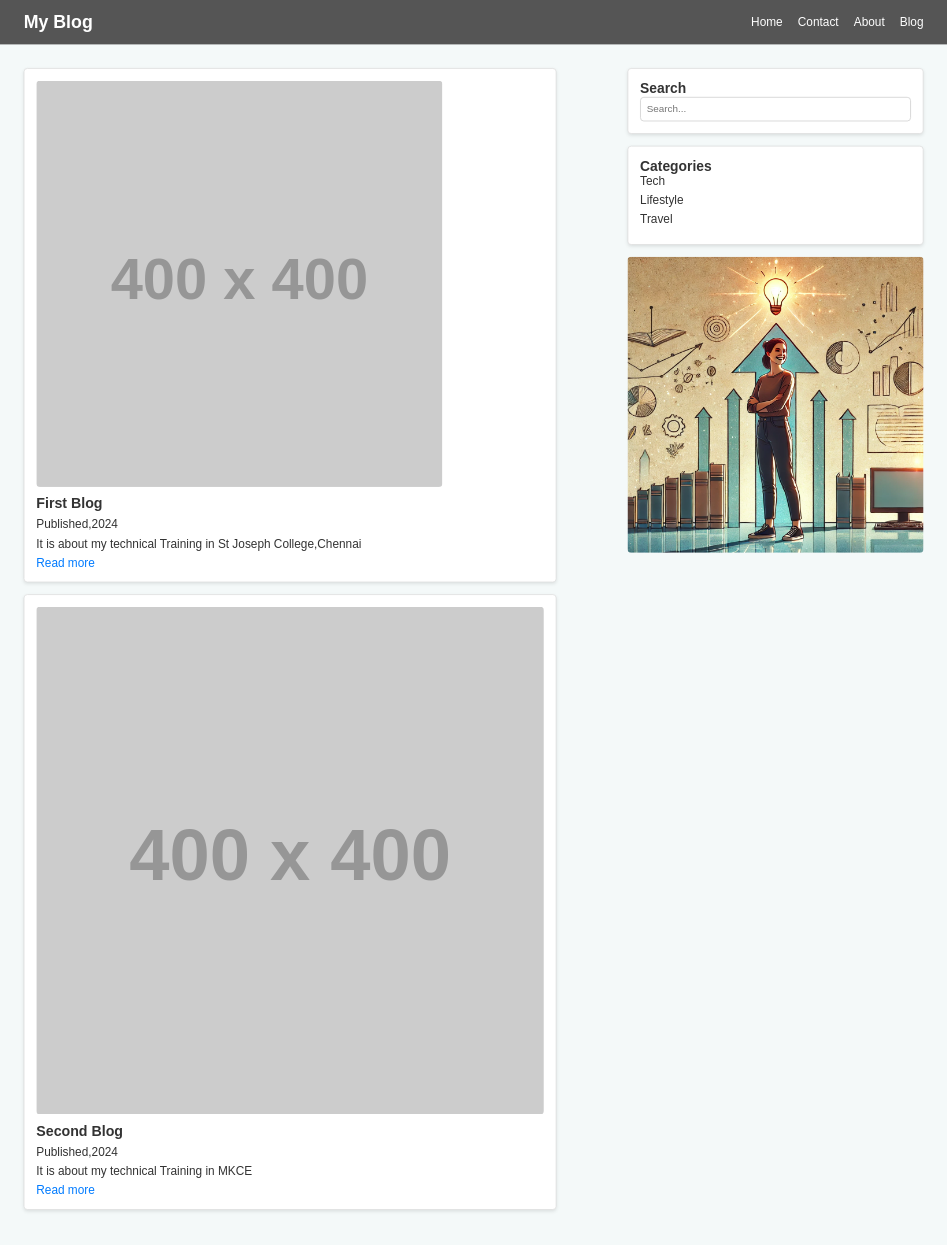
Repository: obusakthi539/Loginform
Page: Myblog.html
These files come from the project's save history. The page is drawn as it stood at one moment and after the next save; the edit follows.
The browser window is 1280 px wide. The pictures show the whole page, at 74% of full size.

Above is the page before, as saved 2025-01-12 16:58:57.

### Myblog.html
<!DOCTYPE html>
<html lang="en">
<head>
    <meta charset="UTF-8">
    <meta name="viewport" content="width=device-width, initial-scale=1.0">
    <title>My Blog</title>
    <style>
        * {
            margin: 0;
            padding: 0;
            box-sizing: border-box;
            font-family: Arial, sans-serif;
        }

        body {
            background-color: #f4f9f9;
            color: #333;
        }

        header {
            background-color: #555;
            color: #fff;
            padding: 1rem 2rem;
            display: flex;
            justify-content: space-between;
            align-items: center;
        }

        header h1 {
            font-size: 1.5rem;
        }

        nav a {
            color: #fff;
            text-decoration: none;
            margin-left: 1rem;
        }

        nav a:hover {
            text-decoration: underline;
        }

        .container {
            display: flex;
            padding: 2rem;
        }

        .left-section {
            flex: 2;
            padding-right: 1rem;
        }

        .right-section {
            flex: 1;
        }

        .blog-card {
            background-color: #fff;
            border: 1px solid #ddd;
            border-radius: 5px;
            padding: 1rem;
            margin-bottom: 1rem;
            box-shadow: 0 2px 5px rgba(0, 0, 0, 0.1);
            transition: transform 0.3s, box-shadow 0.3s;
            width: 90%; /* Adjusted width */
        }

        .blog-card:hover {
            transform: translateY(-5px);
            box-shadow: 0 5px 15px rgba(0, 0, 0, 0.2);
        }

        .blog-card h2 {
            font-size: 1.2rem;
            margin-bottom: 0.5rem;
        }

        .blog-card p {
            margin-bottom: 0.5rem;
        }

        .blog-card a {
            color: #007bff;
            text-decoration: none;
        }

        .blog-card a:hover {
            text-decoration: underline;
        }

        .blog-image {
            width: 100%;
            border-radius: 5px;
            margin-bottom: 0.5rem;
        }

        .blog-card:first-of-type .blog-image {
            width: 80%; /* Smaller image for the first blog */
        }

        .search-box, .categories {
            background-color: #fff;
            border: 1px solid #ddd;
            border-radius: 5px;
            padding: 1rem;
            margin-bottom: 1rem;
            box-shadow: 0 2px 5px rgba(0, 0, 0, 0.1);
            transition: transform 0.3s, box-shadow 0.3s;
        }

        .search-box:hover, .categories:hover {
            transform: translateY(-5px);
            box-shadow: 0 5px 15px rgba(0, 0, 0, 0.2);
        }

        .search-box input {
            width: 100%;
            padding: 0.5rem;
            border: 1px solid #ccc;
            border-radius: 5px;
        }

        .categories ul {
            list-style: none;
        }

        .categories ul li {
            margin-bottom: 0.5rem;
        }

        .categories ul li a {
            color: #333;
            text-decoration: none;
        }

        .categories ul li a:hover {
            text-decoration: underline;
        }

        .image-section {
            margin-top: 1rem;
        }

        .image-section img {
            width: 100%;
            border-radius: 5px;
        }

    </style>
</head>
<body>
    <header>
        <h1>My Blog</h1>
        <nav>
            <a href="#">Home</a>
            <a href="#">Contact</a>
            <a href="#">About</a>
            <a href="#">Blog</a>
        </nav>
    </header>

    <div class="container">
        <!-- Left Section -->
        <div class="left-section">
            <div class="blog-card">
                <img class="blog-image" src="https://via.placeholder.com/400" alt="First Blog Image">
                <h2>First Blog</h2>
                <p>Published,2024</p>
                <p>It is about my technical Training in St Joseph College,Chennai</p>
                <a href="#">Read more</a>
            </div>

            <div class="blog-card">
                <img class="blog-image" src="https://via.placeholder.com/400" alt="Second Blog Image">
                <h2>Second Blog</h2>
                <p>Published,2024</p>
                <p>It is about my technical Training in MKCE</p>
                <a href="#">Read more</a>
            </div>
        </div>

        <!-- Right Section -->
        <div class="right-section">
            <div class="search-box">
                <h3>Search</h3>
                <input type="text" placeholder="Search...">
            </div>

            <div class="categories">
                <h3>Categories</h3>
                <ul>
                    <li><a href="#">Tech</a></li>
                    <li><a href="#">Lifestyle</a></li>
                    <li><a href="#">Travel</a></li>
                </ul>
            </div>

            <div class="image-section">
                <img src="person.webp" alt="Blog Image">
            </div>
        </div>
    </div>
</body>
</html>

After the next save:
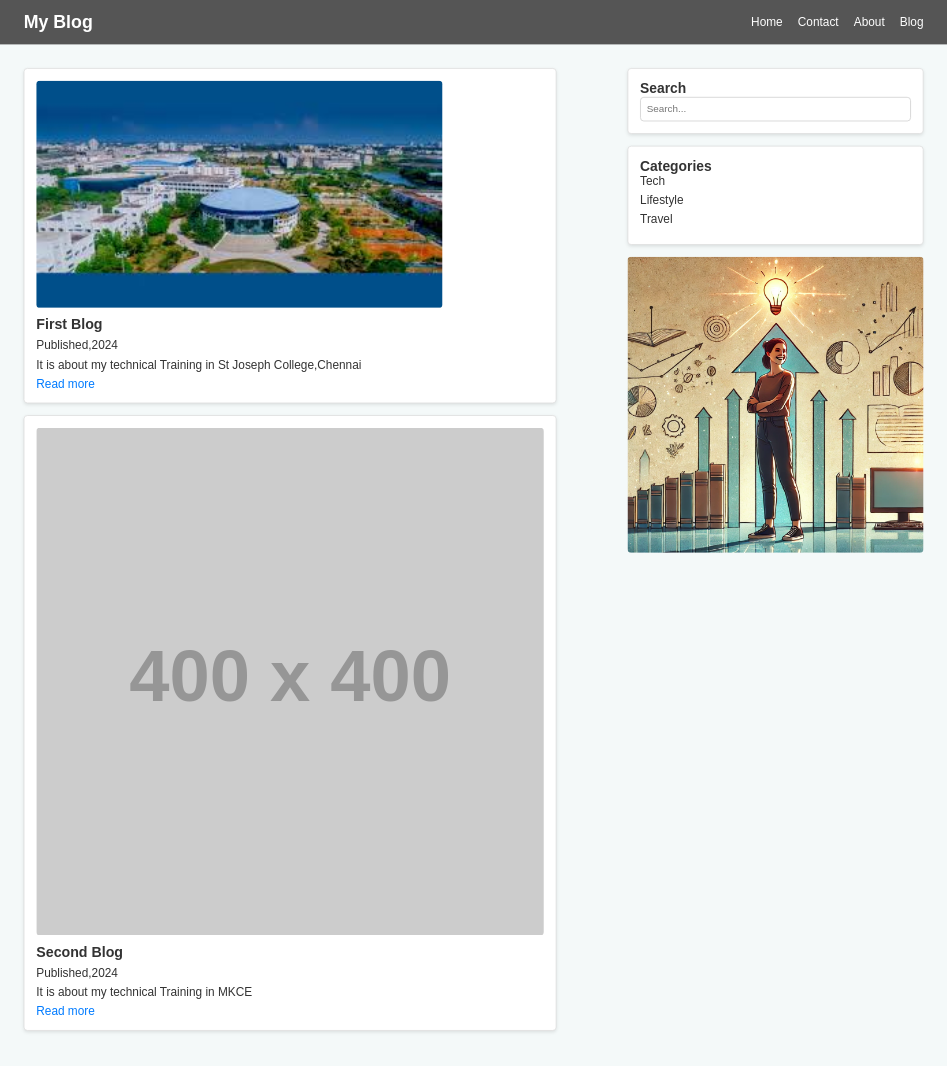
Saved 20 s later.
--- a/Myblog.html
+++ b/Myblog.html
@@ -163,7 +163,7 @@
         <!-- Left Section -->
         <div class="left-section">
             <div class="blog-card">
-                <img class="blog-image" src="https://via.placeholder.com/400" alt="First Blog Image">
+                <img class="blog-image" src="St joseph.jpg" alt="First Blog Image">
                 <h2>First Blog</h2>
                 <p>Published,2024</p>
                 <p>It is about my technical Training in St Joseph College,Chennai</p>
